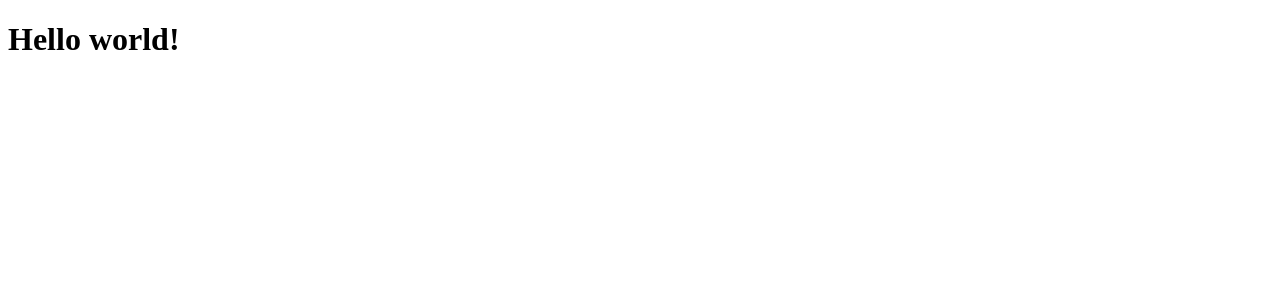
Repository: Kruthardh11/qr-code-component
Page: public/index.html
These files come from the project's save history. The page is drawn as it stood at one moment and after the next save; the edit follows.
The browser window is 1280 px wide. The pictures show the whole page.

Above is the page before, as saved 2023-05-03 21:35:16.

### public/index.html
<!doctype html>
<html>
<head>
  <meta charset="UTF-8">
  <meta name="viewport" content="width=device-width, initial-scale=1.0">
  <link href="styles.css" rel="stylesheet">
</head>
<body>
  <h1 class="header">
    Hello world!
  </h1>
</body>
</html>

### public/styles.css
head{
  background-color: black;
}

After the next save:
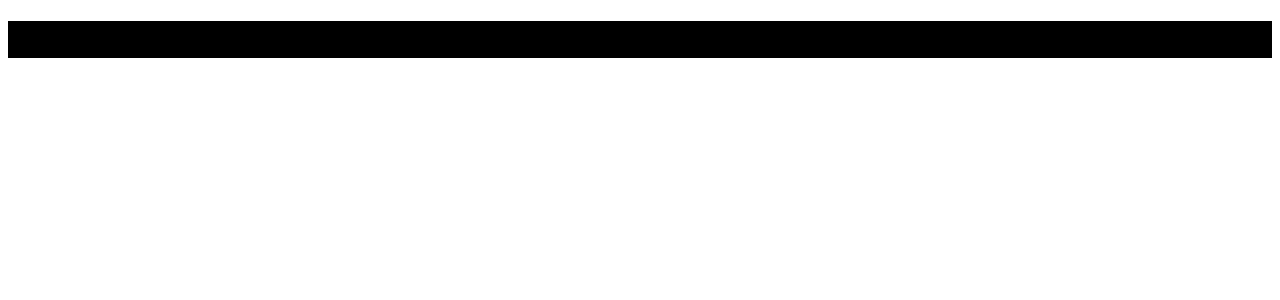
Saved 2 min 20 s later.
--- a/public/styles.css
+++ b/public/styles.css
@@ -1,3 +1,3 @@
-head{
+.header{
   background-color: black;
 }
